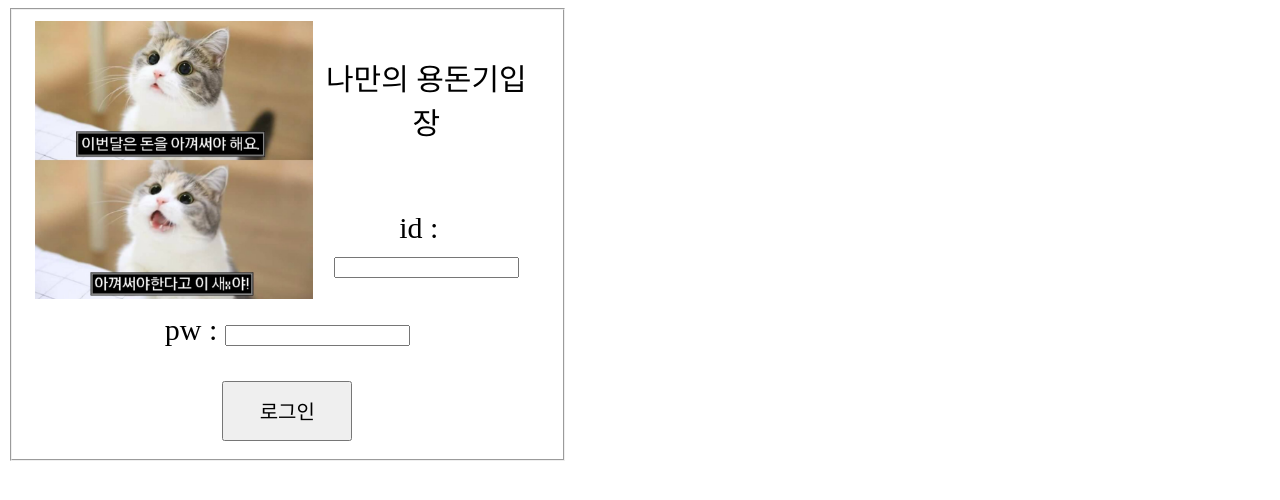
Repository: hus0124/M-IT
Page: JSP_Workspaces/pocketMoneyDiary/WebContent/index.html
These files come from the project's save history. The page is drawn as it stood at one moment and after the next save; the edit follows.
The browser window is 1280 px wide. The pictures show the whole page.

Above is the page before, as saved 2020-01-03 00:10:12.

### JSP_Workspaces/pocketMoneyDiary/WebContent/index.html
<!DOCTYPE html>
<html>
<head>
<meta charset="EUC-KR">
<title>완성</title>
<style>
body {font-size:30px}
@media (max-width:768px){
#title {font-size:14px }
body{font-sze:14px}
}
</style>
</head>
<body>
	<fieldset style="width:40%; height:auto; text-align:center">
	<form action="result.jsp" method="get">

		<img src="catmoney.png" style="width:55%; height:auto; float:left">
		<br><div id="title">나만의 용돈기입장</div><br><br>
		id :&nbsp;&nbsp;<input type="text" name = "id"><br><br>
		pw : <input type="text" name = "pw"><br><br>
		<input type="submit" value = "로그인" style="width:130px;height:60px;font-size:20px;">

	</form>
	</fieldset>
</body>
</html>

After the next save:
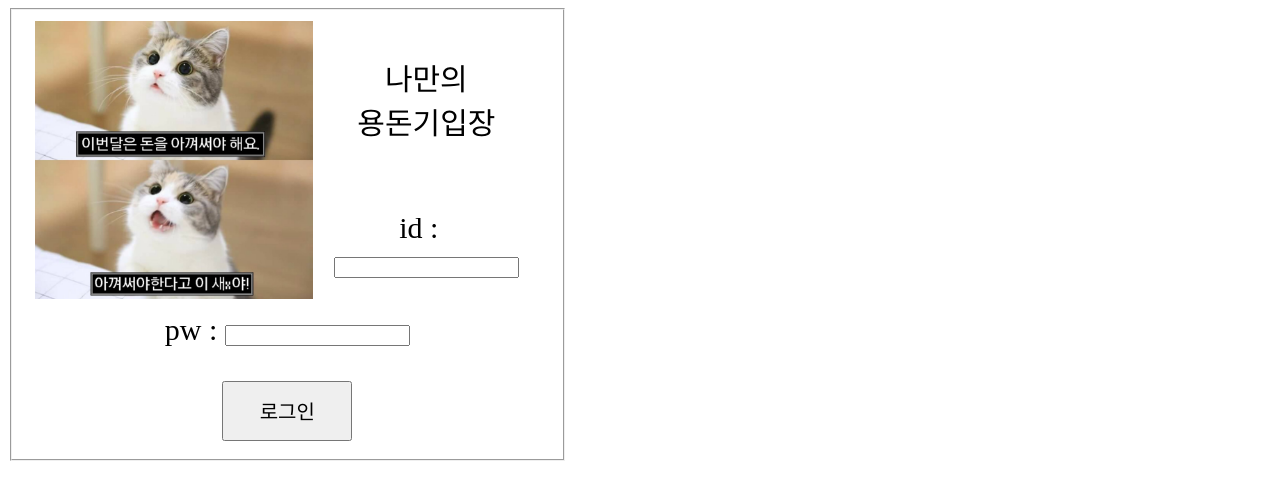
Saved 55 s later.
--- a/JSP_Workspaces/pocketMoneyDiary/WebContent/index.html
+++ b/JSP_Workspaces/pocketMoneyDiary/WebContent/index.html
@@ -16,7 +16,7 @@ body{font-sze:14px}
 	<form action="result.jsp" method="get">
 
 		<img src="catmoney.png" style="width:55%; height:auto; float:left">
-		<br><div id="title">나만의 용돈기입장</div><br><br>
+		<br><div id="title">나만의<br>용돈기입장</div><br><br>
 		id :&nbsp;&nbsp;<input type="text" name = "id"><br><br>
 		pw : <input type="text" name = "pw"><br><br>
 		<input type="submit" value = "로그인" style="width:130px;height:60px;font-size:20px;">
